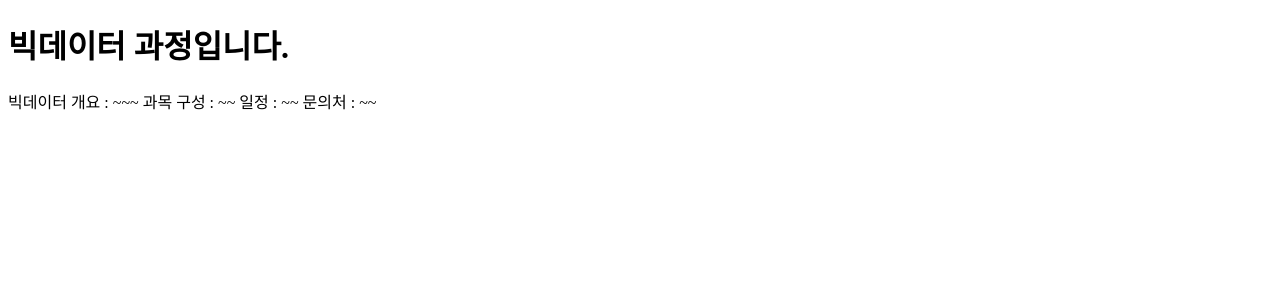
Repository: ybshim90/sesac1
Page: day_20211216_03_hello/src/main/webapp/hello.html
An editor plug-in stored every save of this project. The page is shown before and after the next save, followed by the edit.
The browser window is 1280 px wide. The pictures show the whole page.

Above is the page before, as saved 2021-12-16 07:26:49.

### day_20211216_03_hello/src/main/webapp/hello.html
<!DOCTYPE html>
<html>
	<head>
		<meta charset="UTF-8">
		<title>빅데이터 과정 소개</title>
	</head>
	<body>
		<h1>빅데이터 과정입니다.</h1>
		빅데이터 개요 : ~~~
		과목 구성 : ~~
		일정 : ~~
		문의처 : ~~

	</body>
</html>

After the next save:
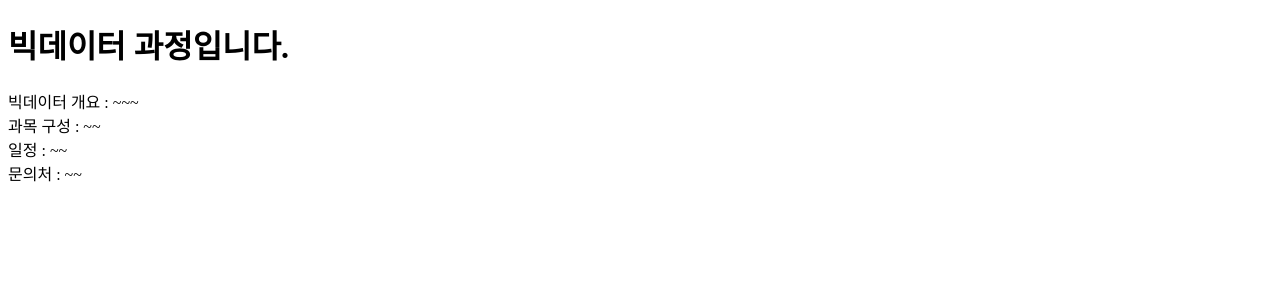
Saved 96 s later.
--- a/day_20211216_03_hello/src/main/webapp/hello.html
+++ b/day_20211216_03_hello/src/main/webapp/hello.html
@@ -5,11 +5,11 @@
 		<title>빅데이터 과정 소개</title>
 	</head>
 	<body>
-		<h1>빅데이터 과정입니다.</h1>
-		빅데이터 개요 : ~~~
-		과목 구성 : ~~
-		일정 : ~~
-		문의처 : ~~
+		<h1>빅데이터 과정입니다.<br></h1>
+		빅데이터 개요 : ~~~<br>
+		과목 구성 : ~~<br>
+		일정 : ~~<br>
+		문의처 : ~~<br>
 
 	</body>
 </html>
